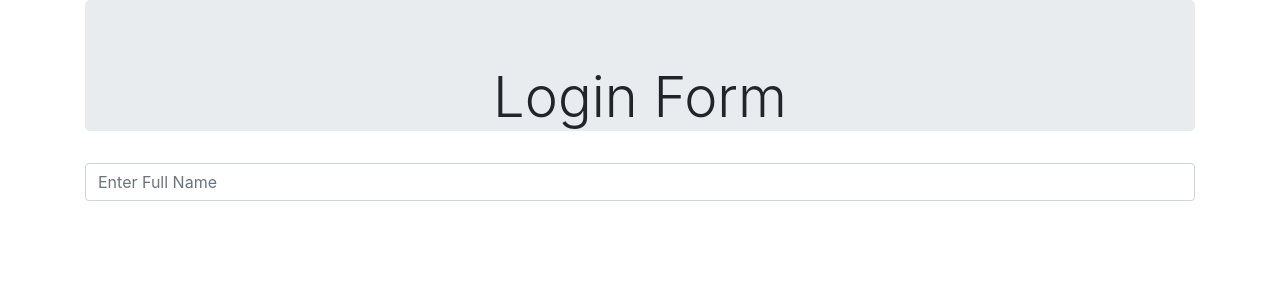
Repository: amar468S/Ng-templateDrivenForm
Page: /
An editor plug-in stored every save of this project. The page is shown before and after the next save, followed by the edit.
The browser window is 1280 px wide. The pictures show the whole page.
Some web libraries are served in a nearby version. The project was rebuilt for these pictures with package versions that can differ from the ones it lists, and the page was loaded fresh each time. Also part of the build but not shown: angular.json.

Above is the page before, as saved 2019-02-03 15:43:18.

### src/index.html
<!doctype html>
<html lang="en">
<head>
  <meta charset="utf-8">
  <title>NgTemplateForms</title>
  <base href="/">

  <meta name="viewport" content="width=device-width, initial-scale=1">
  <link rel="icon" type="image/x-icon" href="favicon.ico">
  <!-- CSS -->
  <link rel="stylesheet" href="https://stackpath.bootstrapcdn.com/bootstrap/4.2.1/css/bootstrap.min.css" integrity="sha384-GJzZqFGwb1QTTN6wy59ffF1BuGJpLSa9DkKMp0DgiMDm4iYMj70gZWKYbI706tWS" crossorigin="anonymous">

  <!-- JS -->
  <script src="https://code.jquery.com/jquery-3.3.1.slim.min.js" integrity="sha384-q8i/X+965DzO0rT7abK41JStQIAqVgRVzpbzo5smXKp4YfRvH+8abtTE1Pi6jizo" crossorigin="anonymous"></script>
  <script src="https://cdnjs.cloudflare.com/ajax/libs/popper.js/1.14.6/umd/popper.min.js" integrity="sha384-wHAiFfRlMFy6i5SRaxvfOCifBUQy1xHdJ/yoi7FRNXMRBu5WHdZYu1hA6ZOblgut" crossorigin="anonymous"></script>
  <script src="https://stackpath.bootstrapcdn.com/bootstrap/4.2.1/js/bootstrap.min.js" integrity="sha384-B0UglyR+jN6CkvvICOB2joaf5I4l3gm9GU6Hc1og6Ls7i6U/mkkaduKaBhlAXv9k" crossorigin="anonymous"></script>

</head>
<body>
  <app-root></app-root>
</body>
</html>

### src/app/app.component.html
<div class="container">
    <div class="jumbotron pb-0">
      <p class="display-4 text-center mb-0">Login Form</p>
    </div>

  <form>
    <div class="form-group">
      <input type="text" placeholder="Enter Full Name" class="form-control">
    </div>
  </form>

</div>

Loaded but not shown: src/styles.css (common file); src/main.ts (common file); src/app/app.module.ts (common file); src/environments/environment.ts (common file); src/app/app.component.ts (common file); src/app/app.component.css (no stored copy; drawn as an empty file)

After the next save:
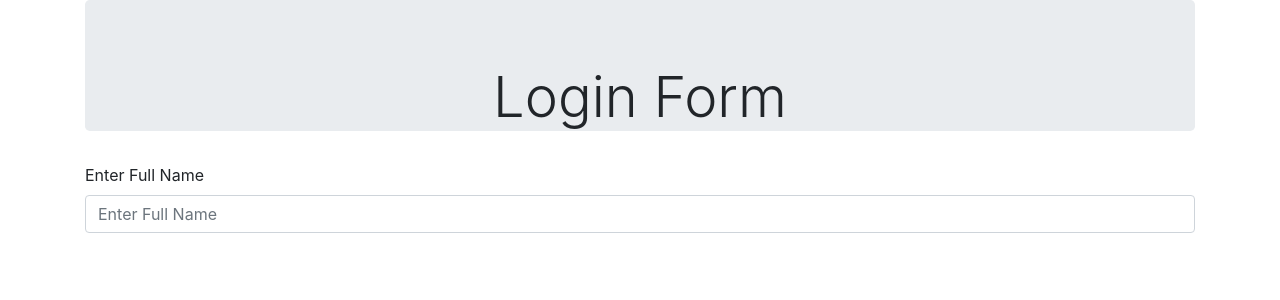
Saved 59 s later.
--- a/src/app/app.component.html
+++ b/src/app/app.component.html
@@ -5,6 +5,7 @@
 
   <form>
     <div class="form-group">
+      <label>Enter Full Name</label>
       <input type="text" placeholder="Enter Full Name" class="form-control">
     </div>
   </form>
